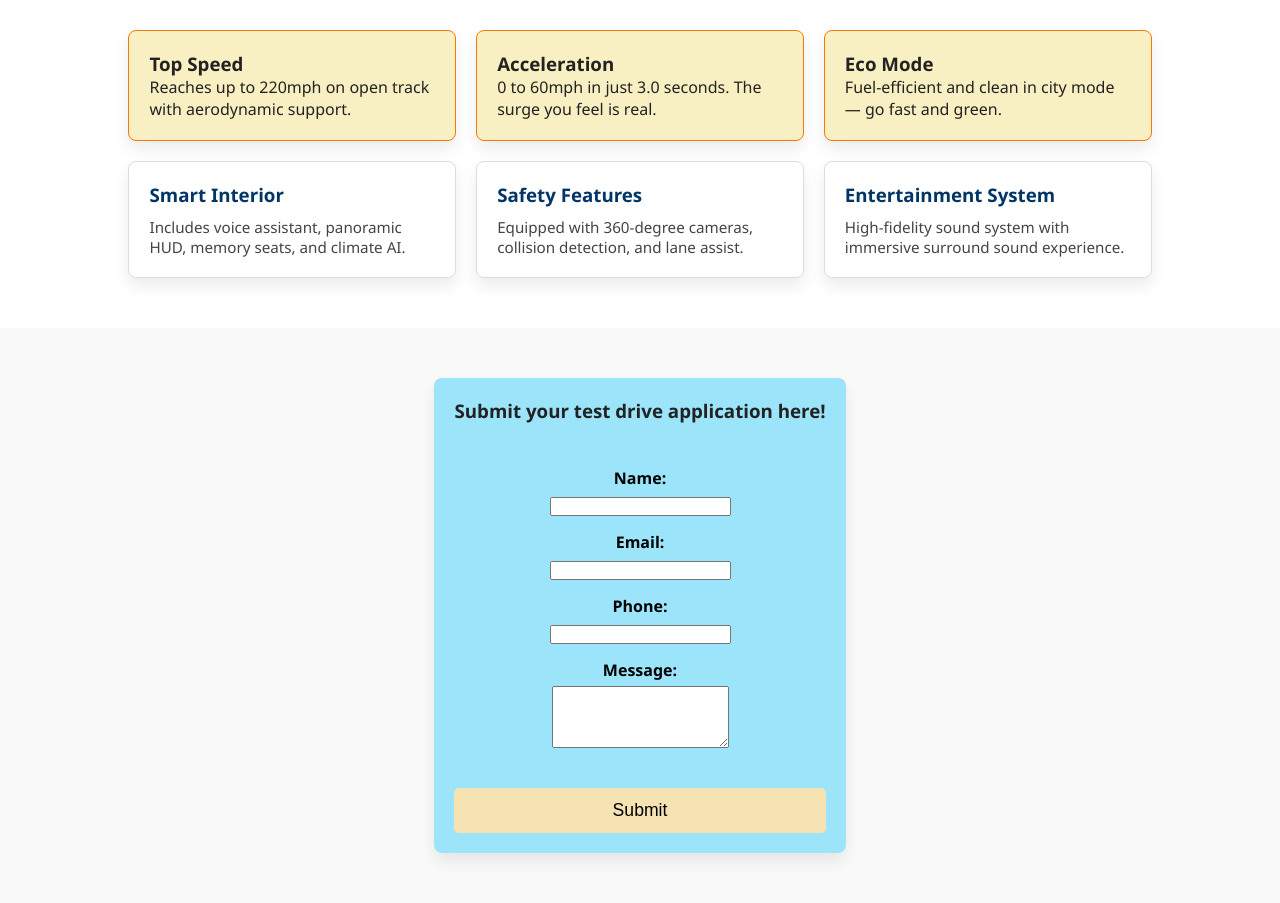
Repository: JiaheSu22/vrooom-responsive-main
Page: index.html
These files come from the project's save history. The page is drawn as it stood at one moment and after the next save; the edit follows.
The browser window is 1280 px wide. The pictures show the part of the page from y = 740 to 1643 px (the page is 1643 px tall before and 1623 px after).
A picture or video elsewhere on the page could not be fetched, so the positions and the page height are approximate.

Above is the page before, as saved 2025-04-11 15:07:47.

### index.html
<!DOCTYPE html>
<html lang="en">

<head>
  <meta charset="UTF-8">
  <title>Vrooom — Barracuda X10</title>
  <style>
    * {
      box-sizing: border-box;
      margin: 0;
      padding: 0;
    }

    body {
      font-family: 'Segoe UI', sans-serif;
      background-color: #f9f9f9;
      color: #222;
    }

    /* HERO SECTION */
    .hero {
      position: relative;
      height: 100vh;
      width: 100%;
      background-image: url('assets/mercedes-vision-avtr.webp');
      background-repeat: no-repeat;
      background-size: cover;
      background-position: center;
      overflow: hidden;
    }

    /* Optional dark overlay for unifying text+video contrast */
    .hero::before {
      content: "";
      position: absolute;
      inset: 0;
      background: linear-gradient(to right, rgba(0, 0, 0, 0.7), rgba(0, 0, 0, 0.1));
      z-index: 0;
    }

    /* Logo - slightly rotated, floating */
    .hero-logo {
      position: absolute;
      left: 2px;
      width: 30%;
      transform: rotate(-8deg);
      z-index: 0;
    }

    .hero-logo img {
      width: 100%;
    }

    /* Rotated text box */
    .hero-text {
      position: absolute;
      bottom: 3%;
      left: 5%;
      background: rgba(255, 255, 255, 0.1);
      padding: 30px;
      border-left: 6px solid #f6e3b4;
      border-radius: 10px;
      backdrop-filter: blur(1px);
      z-index: 0;

    }

    .hero-text h1 {
      font-size: 3em;
      color: #a0fcf7;
      margin-bottom: 10px;
    }

    .hero-text p {
      font-size: 1.2em;
      color: #fff;
    }

    /* Tilted video box */
    .hero-video {
      position: absolute;
      top: auto;
      bottom: 20px;
      right: 20px;
      box-shadow: 0 10px 20px rgba(0, 0, 0, 0.6);
      z-index: 0;
      border-radius: 5px;
      overflow: hidden;
      transition: transform 0.3s ease;
    }

    .hero-video:hover {
      transform: scale(1.3);
    }

    .hero-video video {
      width: 100%;
      display: block;
      border-radius: 2px;
    }

    /* CARD SECTION */
    .card-section {
      display: flex;
      flex-wrap: wrap;
      justify-content: center;
      gap: 20px;
      padding: 50px 10%;
      background-color: #ffffff;
    }

    .top-card {
      background: rgb(248, 240, 194);
      border: 1px solid #f97705;
      border-radius: 8px;
      box-shadow: 0 8px 16px rgba(0, 0, 0, 0.08);
      padding: 20px;
      width: 32%;
      transition: transform 0.3s ease;
    }

    .card {
      background: white;
      border: 1px solid #ddd;
      border-radius: 8px;
      box-shadow: 0 8px 16px rgba(0, 0, 0, 0.08);
      width: 32%;
      padding: 20px;
      transition: transform 0.3s ease;
    }

    .top-card:hover {
      transform: translateY(10px);
      box-shadow: 0 12px 24px rgba(101, 247, 205, 0.1);
    }

    .card:hover {
      transform: translateY(-5px);
      box-shadow: 0 12px 24px rgba(0, 0, 0, 0.1);
    }

    .card h3 {
      margin-bottom: 10px;
      color: #003566;
    }

    .card p {
      font-size: 0.95em;
      color: #444;
    }

    .form-section {
      display: flex;
      flex-direction: column;
      background: #f9f9f9;
      padding: 50px 10%;
      text-align: center;
    }

    .form-section form {
      display: flex;
      flex-direction: column;
      background: rgb(155, 228, 250);
      border-radius: 8px;
      box-shadow: 0 8px 16px rgba(0, 0, 0, 0.08);
      padding: 20px;
      margin: auto;
    }

    .form-section label {
      display: block;
      font-weight: bold;
      margin-bottom: 5px;
      color: #000000;
    }

    .form-section .form {
      margin-bottom: 15px;
    }

    .form-section button {
      background: #f6e3b4;
      color: #000000;
      border: none;
      padding: 12px 25px;
      border-radius: 5px;
      cursor: pointer;
      font-size: 1.1em;
      margin-top: 20px;
      transition: background 0.3s ease;
    }

    .form-section button:hover {
      background: #f97705;
      color: #fff;
    }


    /* Responsive Adjustments */
    @media (max-width: 768px) {
      .hero-text {
        position: static;
        margin: 20px auto;
        background: rgba(0, 0, 0, 0.7);
        text-align: center;
      }

      .hero-video {
        position: static;
        width: 90%;
        margin: 20px auto;
      }

      .card-section {

        align-items: center;
        padding: 30px 5%;
      }
    }
  </style>
</head>

<body>

  <!-- HERO SECTION -->
  <section class="hero">

    <!-- Logo -->
    <div class="hero-logo">
      <img src="assets/logo-enh.png" alt="Vrooom Logo">
    </div>

    <!-- Text -->
    <div class="hero-text">
      <h1>Mercedes Vision AVTR</h1>
      <p>A marriage between art and science.</p>
    </div>

    <!-- Video -->
    <div class="hero-video">
      <video autoplay loop muted>
        <source src="assets/avtr-demo.mp4" type="video/mp4">
        Your browser does not support the video tag.
      </video>
    </div>

  </section>

  <!-- CARD SECTION -->
  <section class="card-section">
    <div class="top-card">
      <h3>Top Speed</h3>
      <p>Reaches up to 220mph on open track with aerodynamic support.</p>
    </div>
    <div class="top-card">
      <h3>Acceleration</h3>
      <p>0 to 60mph in just 3.0 seconds. The surge you feel is real.</p>
    </div>
    <div class="top-card">
      <h3>Eco Mode</h3>
      <p>Fuel-efficient and clean in city mode — go fast and green.</p>
    </div>
    <div class="card">
      <h3>Smart Interior</h3>
      <p>Includes voice assistant, panoramic HUD, memory seats, and climate AI.</p>
    </div>
    <div class="card">
      <h3>Safety Features</h3>
      <p>Equipped with 360-degree cameras, collision detection, and lane assist.</p>
    </div>
    <div class="card">
      <h3>Entertainment System</h3>
      <p>High-fidelity sound system with immersive surround sound experience.</p>
    </div>
  </section>

  <section class="form-section">
    <form action="">
      <h3>Submit your test drive application here!</h3> <br><br>
      <div class="form">
        <label for="name">Name:</label>
        <input type="text" id="name" name="name" required>
      </div>
      <div class="form">
        <label for="email">Email:</label>
        <input type="email" id="email" name="email" required>
      </div>
      <div class="form">
        <label for="phone">Phone:</label>
        <input type="tel" id="phone" name="phone" required>
      </div>
      <div class="form">
        <label for="message">Message:</label>
        <textarea id="message" name="message" rows="4" required></textarea>
      </div>
      <button type="submit">Submit</button>
    </form>
  </section>
</body>

</html>

After the next save:
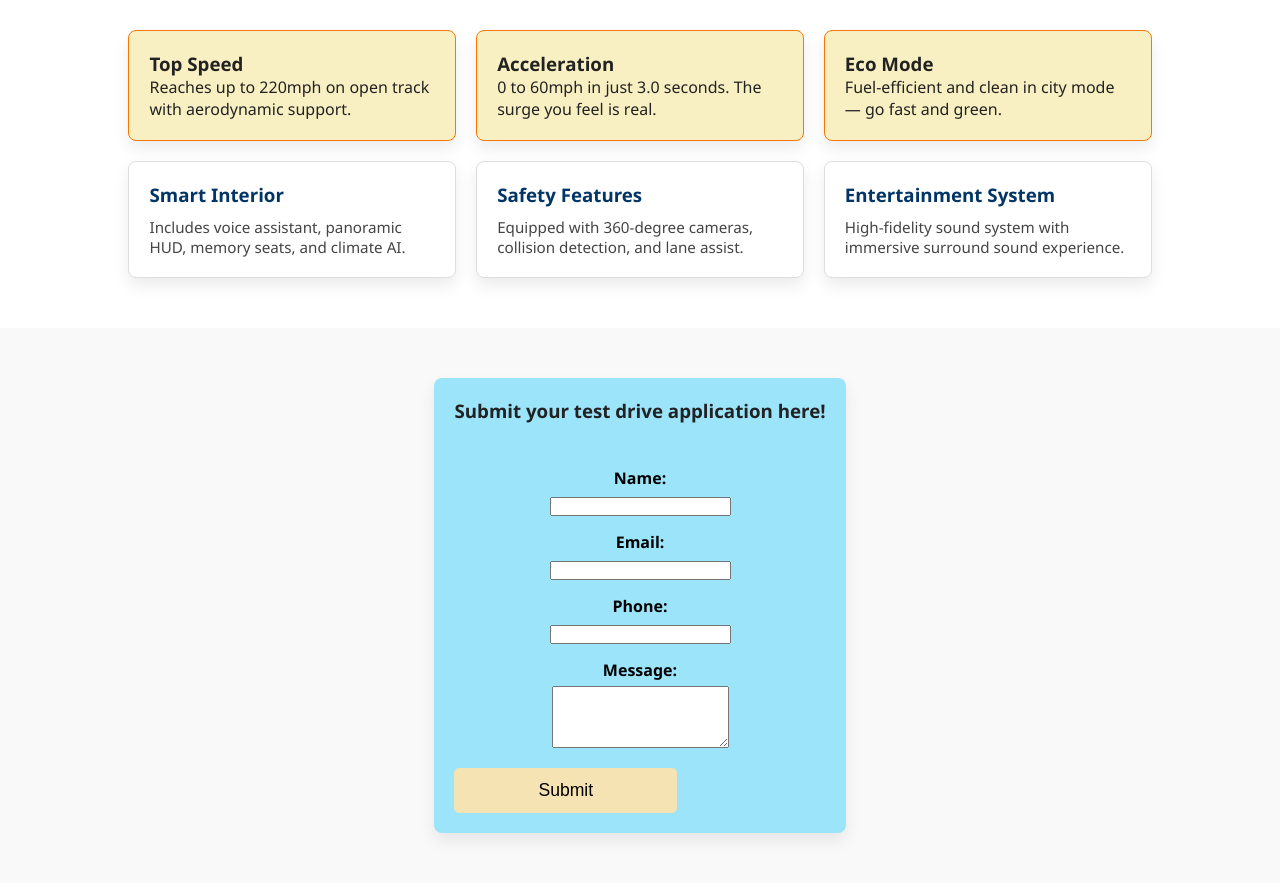
Saved 12 s later.
--- a/index.html
+++ b/index.html
@@ -186,7 +186,7 @@
       border-radius: 5px;
       cursor: pointer;
       font-size: 1.1em;
-      margin-top: 20px;
+      width: 60%;
       transition: background 0.3s ease;
     }
 

After the 2 saves that followed:
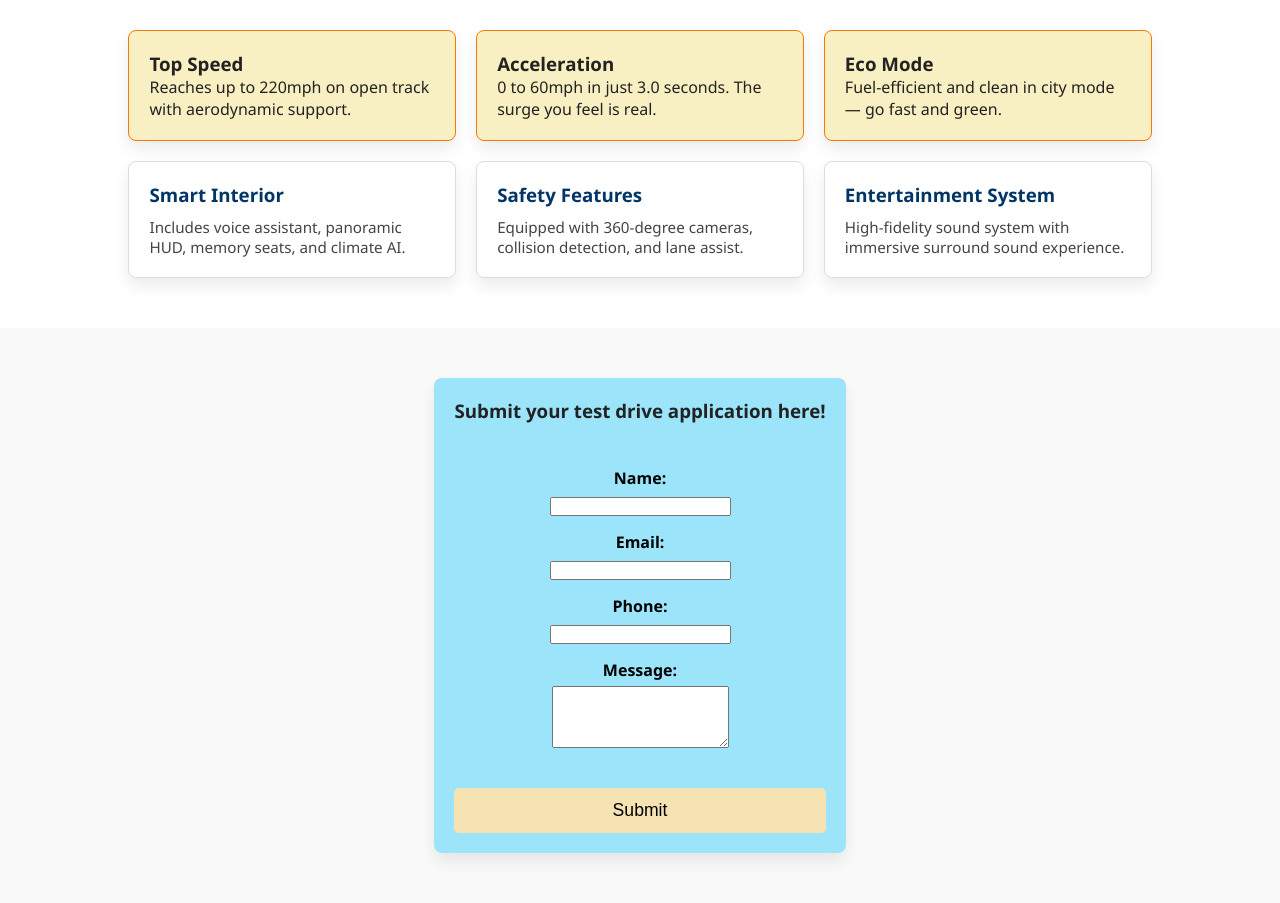
The 2 saves are shown as one change because 1 left the picture as it was.
The last was saved 38 s later.
--- a/index.html
+++ b/index.html
@@ -186,7 +186,8 @@
       border-radius: 5px;
       cursor: pointer;
       font-size: 1.1em;
-      width: 60%;
+
+      margin-top: 20px;
       transition: background 0.3s ease;
     }
 
